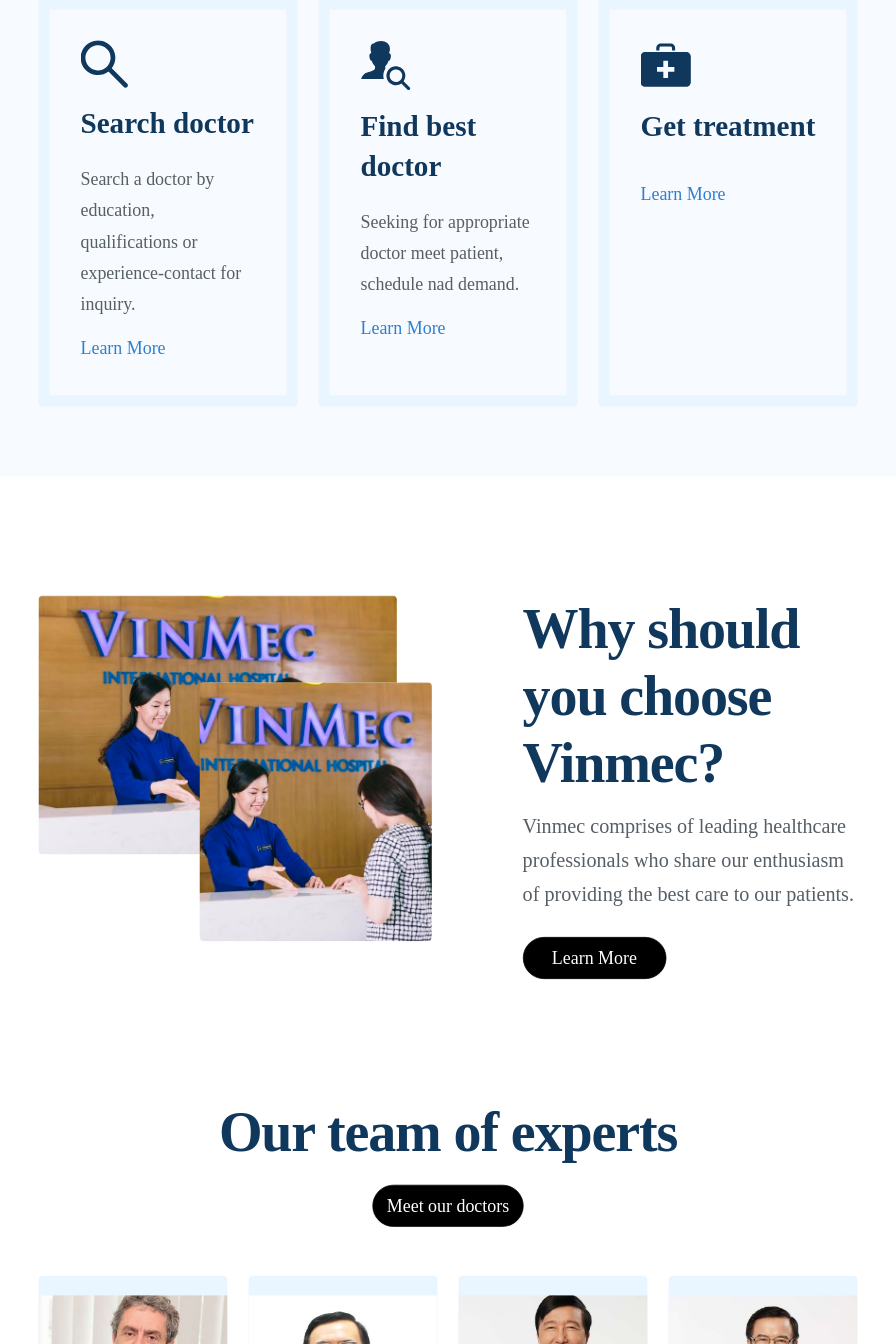
Repository: ynguyen1512/vinmec-landing-page
Page: index.html
An editor plug-in stored every save of this project. The page is shown before and after the next save, followed by the edit.
The browser window is 1280 px wide. The pictures show the part of the page from y = 2902 to 4822 px (the page is 7666 px tall before and 7804 px after), at 70% of full size.

Above is the page before, as saved 2023-07-07 14:09:16.

After the next save:
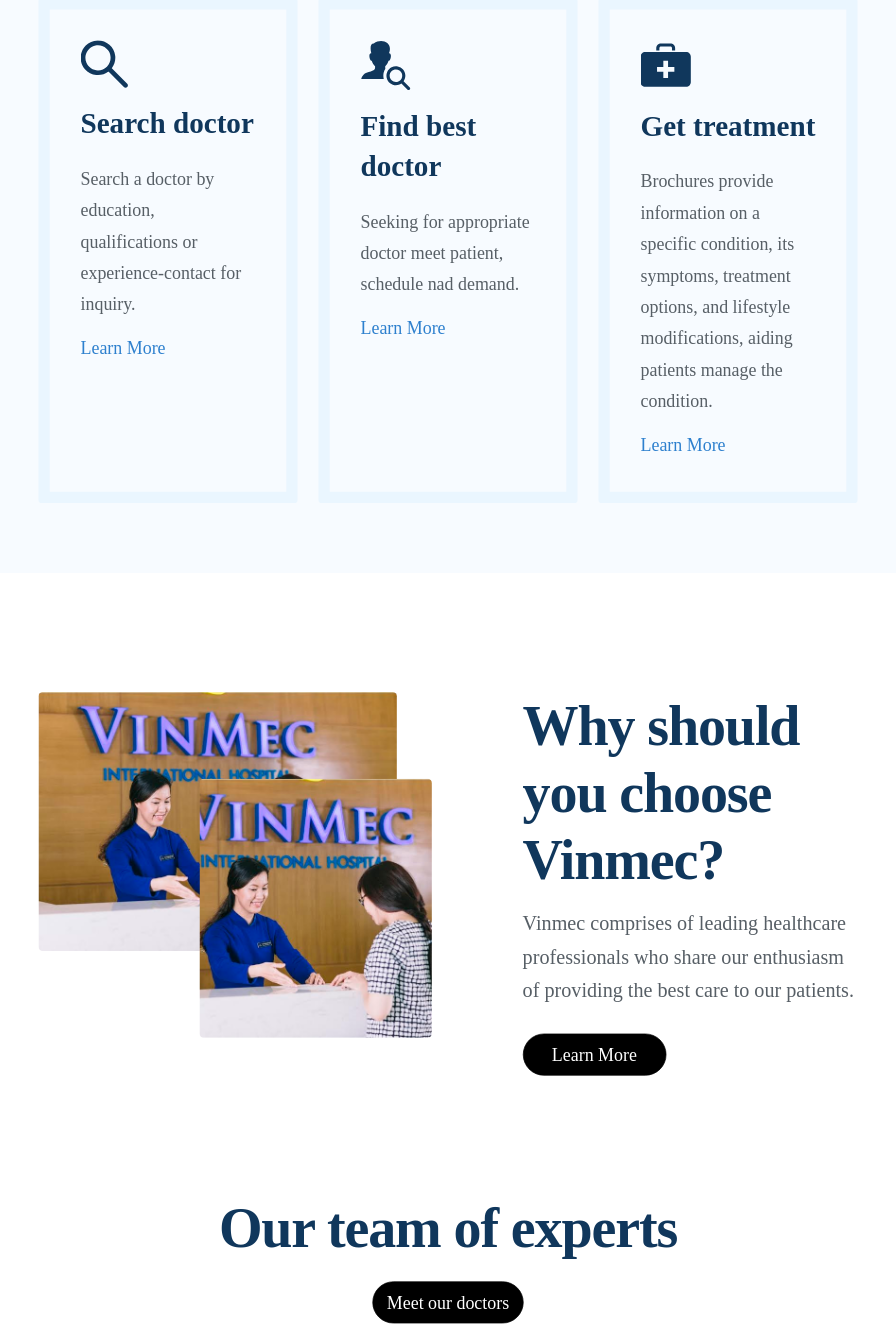
Saved 3 min 3 s later.
--- a/index.html
+++ b/index.html
@@ -246,7 +246,7 @@
               />
               <h3 class="work-item__heading">Get treatment</h3>
               <p class="work-item__desc">
-
+                Brochures provide information on a specific condition, its symptoms, treatment options, and lifestyle modifications, aiding patients manage the condition.
               </p>
               <a href="#!" class="work-item__more">Learn More</a>
             </section>
